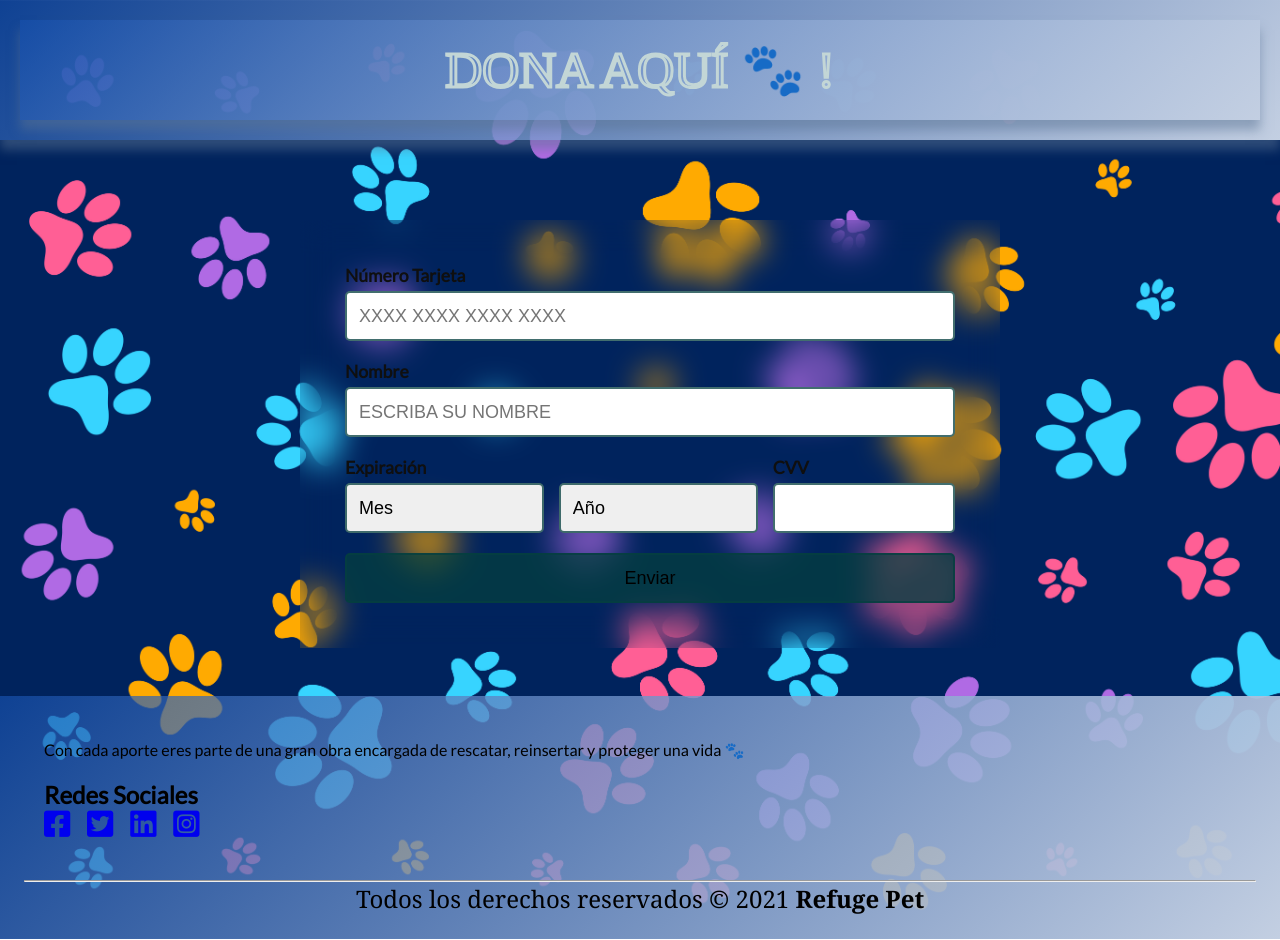
Repository: andreasvidal/SCL019-card-validation
Page: src/views/cardvalidation.html
These files come from the project's save history. The page is drawn as it stood at one moment and after the next save; the edit follows.
The browser window is 1280 px wide. The pictures show the whole page.
Some web fonts or font styles are not loaded; a fallback is used. Some web libraries are served in a nearby version.

Above is the page before, as saved 2022-04-13 10:10:23.

After the next save:
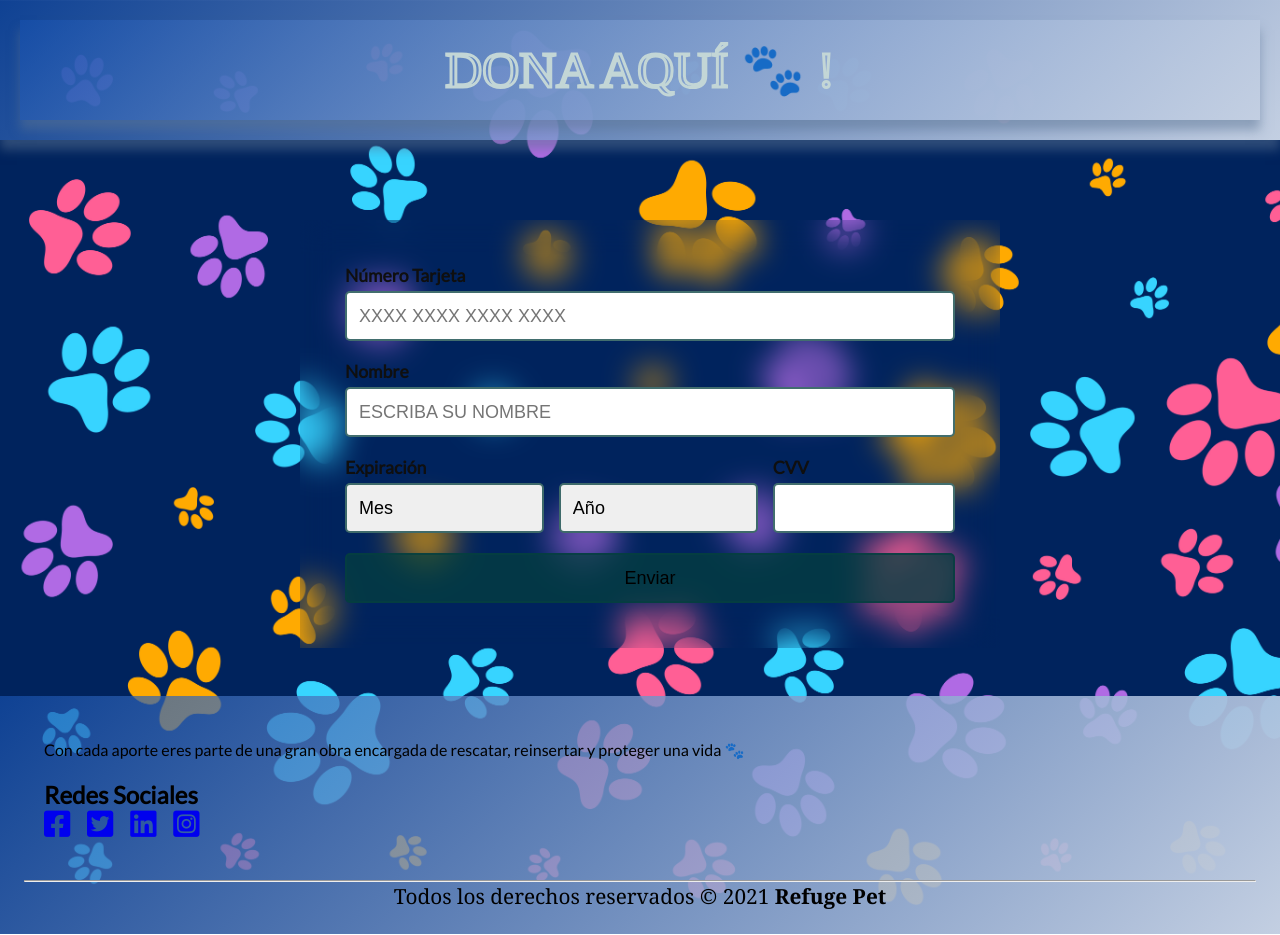
Saved 12 s later.
--- a/src/css/formstyle.css
+++ b/src/css/formstyle.css
@@ -140,5 +140,5 @@ footer {
     padding-top: 5rem;
     text-align: center;
     font-family: Georgia, 'Times New Roman', Times, serif;
-    font-size: 1.5rem;
+    font-size: 1.3rem;
 }
